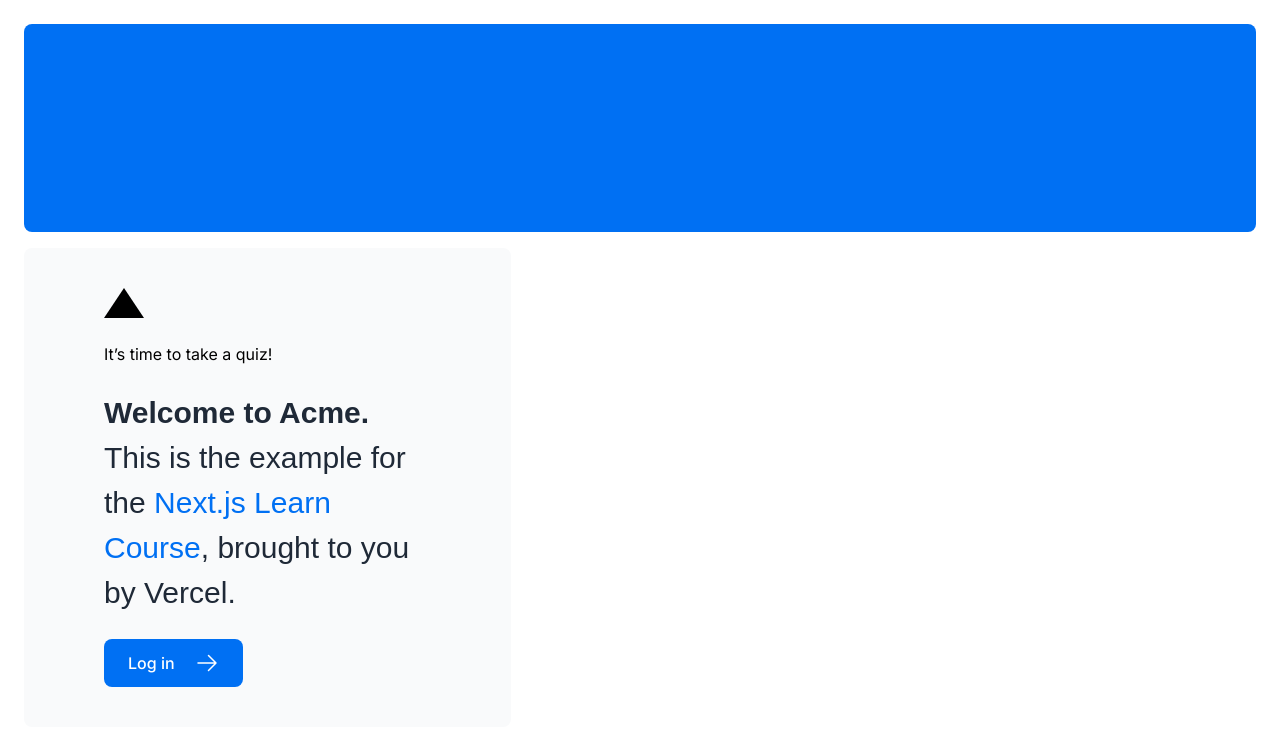
Repository: g-surkis/next-test-dashboard
Page: /
The author's editor kept a copy of each file at every save. The page is drawn from the files as they stood at one save, then again after the next save.
The browser window is 1280 px wide. The pictures show the whole page.
Some web fonts or font styles are not loaded; a fallback is used. The project was rebuilt for these pictures with package versions that can differ from the ones it lists, and the page was loaded fresh each time. The framework's server and built-in components were replaced by stand-ins that run in the browser. Also part of the build but not shown: next.config.js.

Above is the page before, as saved 2023-11-09 23:40:13.

### app/page.tsx
import AcmeLogo from '@/app/ui/acme-logo';
import { ArrowRightIcon } from '@heroicons/react/24/outline';
import { lusitana } from '@/app/ui/fonts';

import Link from 'next/link';
export default function Page() {
  return (
    <main className="flex min-h-screen flex-col p-6">
      <div className="flex h-20 shrink-0 items-end rounded-lg bg-blue-500 p-4 md:h-52">
        {/* <AcmeLogo /> */}
      </div>
      <div className="mt-4 flex grow flex-col gap-4 md:flex-row">
        <div className="flex flex-col justify-center gap-6 rounded-lg bg-gray-50 px-6 py-10 md:w-2/5 md:px-20">
          <div
            className="h-0 w-0 border-b-[30px] border-l-[20px] border-r-[20px] border-b-black border-l-transparent border-r-transparent"
          />
          It’s time to take a quiz!
          <p className={`${lusitana.className} antialiased text-xl text-gray-800 md:text-3xl md:leading-normal`}>
            <strong>Welcome to Acme.</strong> This is the example for the{' '}
            <a href="https://nextjs.org/learn/" className="text-blue-500">
              Next.js Learn Course
            </a>
            , brought to you by Vercel.
          </p>
          <Link
            href="/login"
            className="flex items-center gap-5 self-start rounded-lg bg-blue-500 px-6 py-3 text-sm font-medium text-white transition-colors hover:bg-blue-400 md:text-base"
          >
            <span>Log in</span> <ArrowRightIcon className="w-5 md:w-6" />
          </Link>
        </div>
        <div className="flex items-center justify-center p-6 md:w-3/5 md:px-28 md:py-12">
          {/* Add Hero Images Here */}
        </div>
      </div>
    </main>
  );
}

### app/ui/fonts.ts
import { Inter } from 'next/font/google';
import { Lusitana } from 'next/font/google';



export const inter = Inter({ subsets: ['latin'] });
export const lusitana = Lusitana({ subsets: ['latin'],  weight: "400" });

Loaded but not shown: app/layout.tsx (common file); app/ui/global.css (common file); tailwind.config.ts (common file); app/ui/acme-logo.tsx (common file)

After the next save:
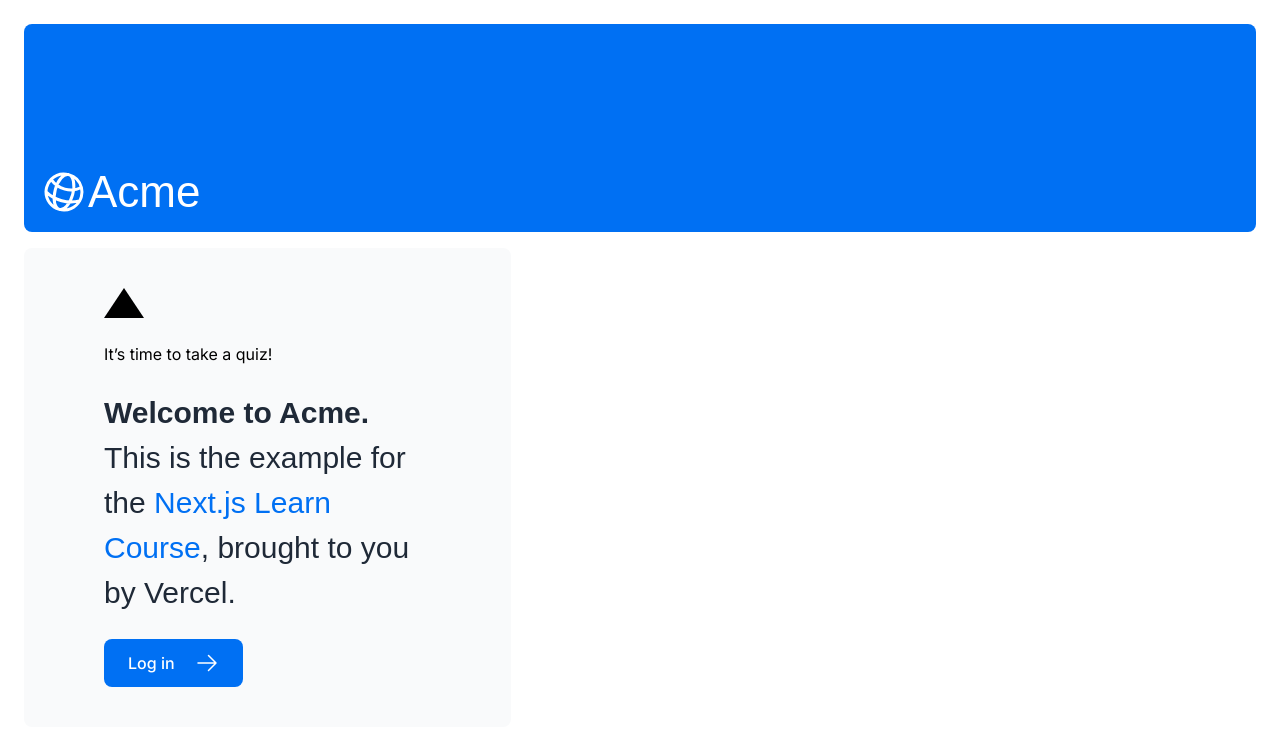
Saved 77 s later.
--- a/app/page.tsx
+++ b/app/page.tsx
@@ -7,7 +7,7 @@
   return (
     <main className="flex min-h-screen flex-col p-6">
       <div className="flex h-20 shrink-0 items-end rounded-lg bg-blue-500 p-4 md:h-52">
-        {/* <AcmeLogo /> */}
+        <AcmeLogo />
       </div>
       <div className="mt-4 flex grow flex-col gap-4 md:flex-row">
         <div className="flex flex-col justify-center gap-6 rounded-lg bg-gray-50 px-6 py-10 md:w-2/5 md:px-20">
